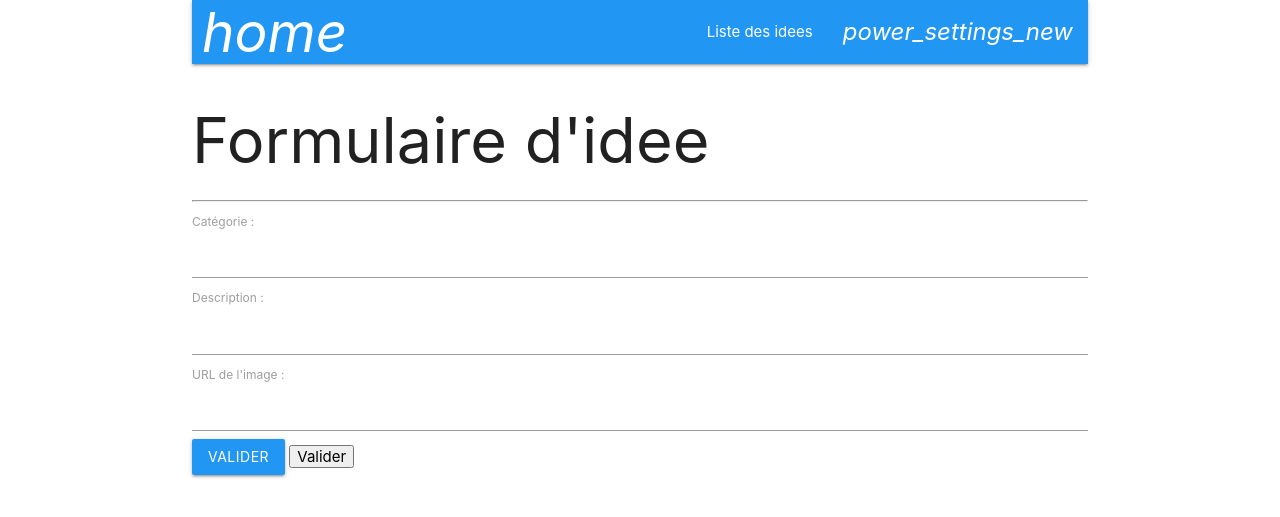
Repository: thdal/Atelier_JEE_16_02
Page: http://localhost/Atelier_JEE_16_02/WEB-INF/pages/IdeeInnovante/FormIdee.jsp
These files come from the project's save history. The page is drawn as it stood at one moment and after the next save; the edit follows.
The browser window is 1280 px wide. The pictures show the whole page.
The page is served by Tomcat 9. Nobody is signed in. Other server files are loaded and not shown. The template is opened directly, without the code that normally fills it, so the values that code supplies are empty.

Above is the page before, as saved 2021-02-25 14:57:49.

### Atelier_JEE_16_02/src/main/webapp/WEB-INF/pages/IdeeInnovante/FormIdee.jsp
<%@ page language="java" contentType="text/html; charset=ISO-8859-1"
    pageEncoding="ISO-8859-1"%>
<!DOCTYPE html>
<html>
<head>
<meta charset="ISO-8859-1">
<title>Formulaire d'idee</title>
</head>
<body>
<div class="container">
<%@include file="../commons/MenuNavBar.jsp" %>
<h1>Formulaire d'idee</h1>
<hr>
<form action="idees?action=create" method="post">
   <label for="categorieIdee">Catégorie :</label> <input type="text"  name="categorieIdee">
   <label for="descriptionIdee">Description :</label>  <input type="text"  name="descriptionIdee">
   <label for="imgIdee">URL de l'image :</label>  <input type="text" name="imgIdee">
   <button style="cursor:pointer" class="btn waves-effect waves-light blue" type="submit" name="action">Valider</button>

   <input style="cursor:pointer" type="submit" value="Valider" />
 </form>
 </div>
</body>
</html>

### Atelier_JEE_16_02/src/main/webapp/WEB-INF/pages/commons/MenuNavBar.jsp
<head>
    <link rel="stylesheet" href="https://cdnjs.cloudflare.com/ajax/libs/materialize/1.0.0/css/materialize.min.css">
	  <link href="https://fonts.googleapis.com/icon?family=Material+Icons" rel="stylesheet">
	   <%@ taglib prefix="c" uri="http://java.sun.com/jsp/jstl/core" %>

</head>

 <nav class="blue">
    <div class="nav-wrapper">
      <a href="home" class="brand-logo"><i style="margin-left:10px; font-size:55px" class="large material-icons">home</i></a>
      <ul id="nav-mobile" class="right hide-on-med-and-down">
        <c:if test="${ sessionScope.Admin }">
        	<li><a href="user?action=list">Liste des utilisateurs</a></li>
    	</c:if>
        <li><a href="idees?action=list">Liste des idees</a></li>
        <li><a href="connexion"><i class="material-icons prefix">power_settings_new</i></a></li>

        <!-- <li><a href="users?action=list">Liste des utilisateurs</a></li>  -->
      </ul>
    </div>
  </nav>

    <script src="https://cdnjs.cloudflare.com/ajax/libs/materialize/1.0.0/js/materialize.min.js"></script>

After the next save:
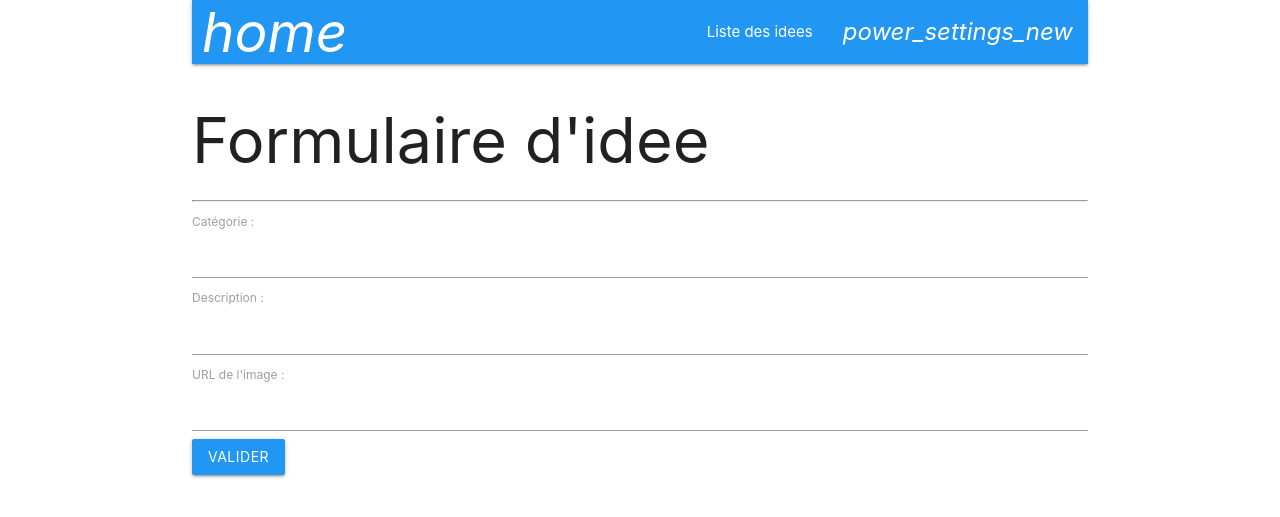
Saved 12 s later.
--- a/Atelier_JEE_16_02/src/main/webapp/WEB-INF/pages/IdeeInnovante/FormIdee.jsp
+++ b/Atelier_JEE_16_02/src/main/webapp/WEB-INF/pages/IdeeInnovante/FormIdee.jsp
@@ -16,8 +16,6 @@
    <label for="descriptionIdee">Description :</label>  <input type="text"  name="descriptionIdee">
    <label for="imgIdee">URL de l'image :</label>  <input type="text" name="imgIdee">
    <button style="cursor:pointer" class="btn waves-effect waves-light blue" type="submit" name="action">Valider</button>
-
-   <input style="cursor:pointer" type="submit" value="Valider" />
  </form>
  </div>
 </body>
